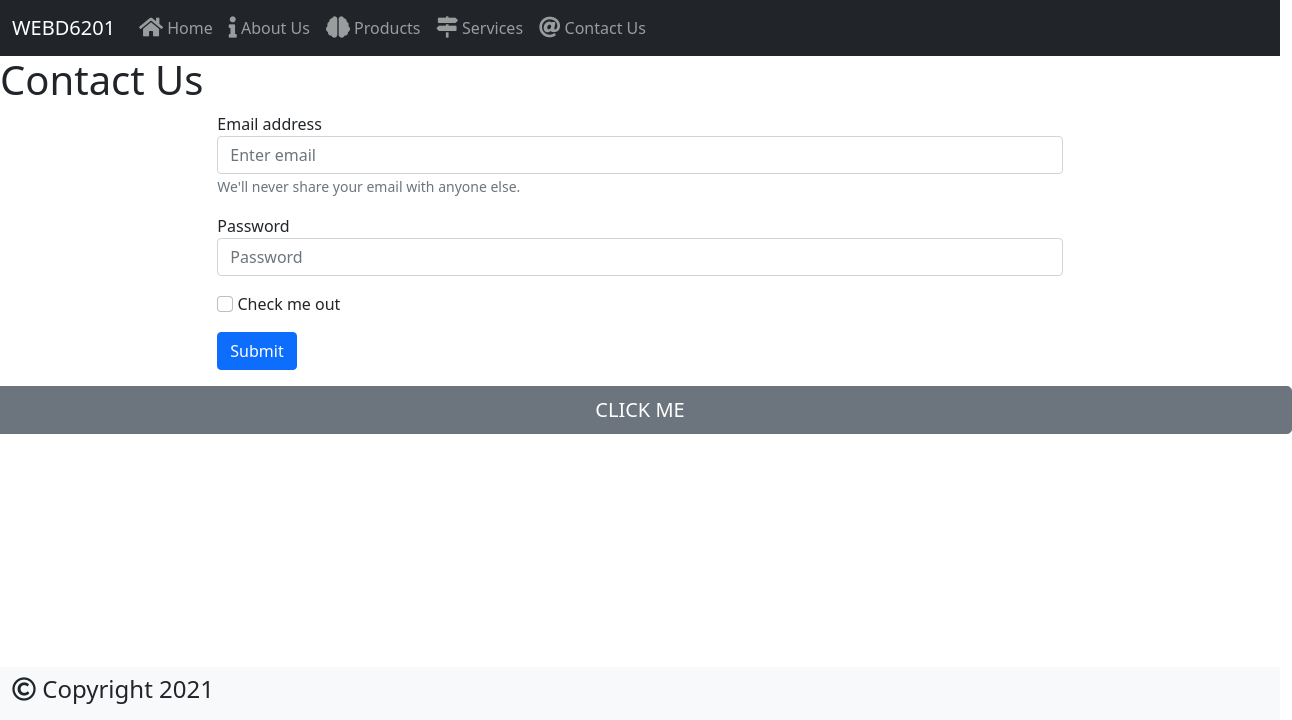
Repository: GarlicButterBoy/WEBD6201-Week1
Page: contact.html
The author's editor kept a copy of each file at every save. The page is drawn from the files as they stood at one save, then again after the next save.
The browser window is 1280 px wide. The page is 1292 px wide, so the pictures cover 1292 px, including what lies to the right of the window. The pictures show the whole page.

Above is the page before, as saved 2021-01-21 09:17:37.

After the next save:
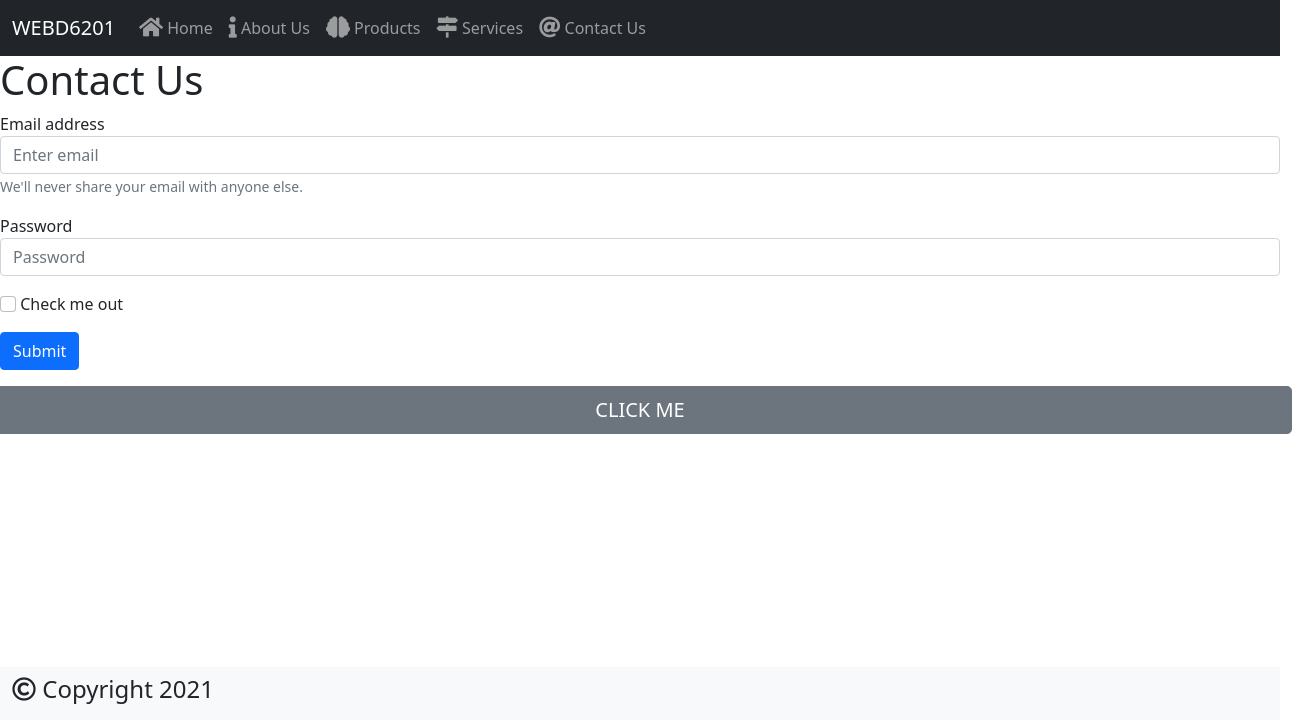
Saved 7 s later.
--- a/contact.html
+++ b/contact.html
@@ -59,7 +59,7 @@
     <main class="row justify-content-md-center">
         <h1>Contact Us</h1>
 
-        <form class="col-8">
+        <form class="col-8-md-auto">
 
           <div class="mb-3">
             <label for="exampleInputEmail1">Email address</label>
